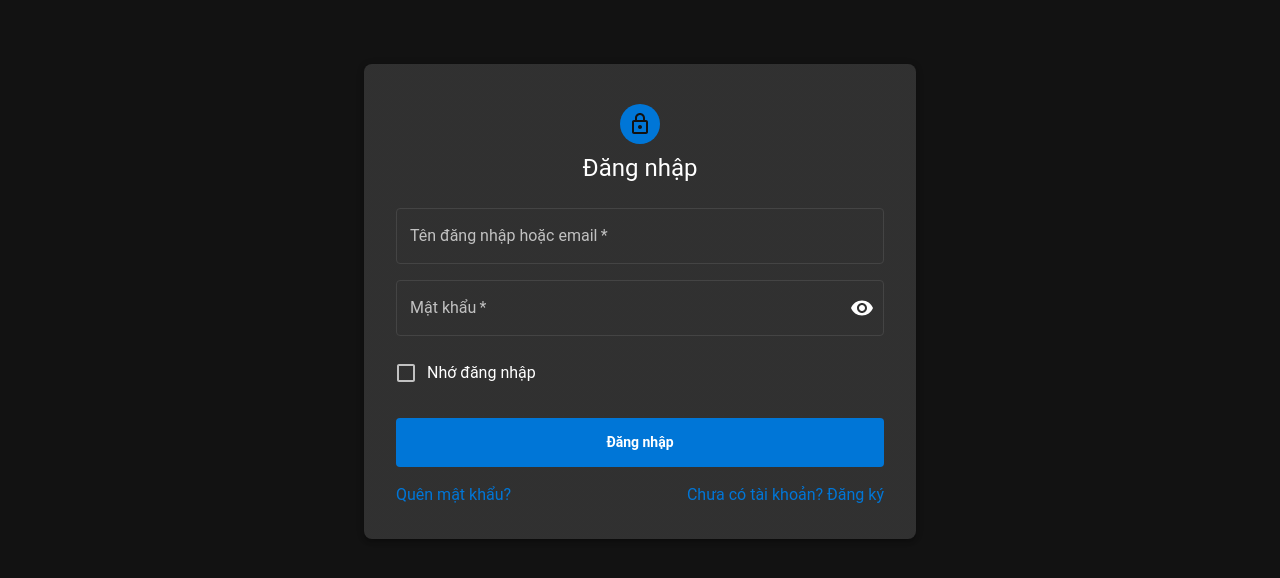
Repository: thtrunghau/ecommerce-ui-dacntt
Page: /auth/login
These files come from the project's save history. The page is drawn as it stood at one moment and after the next save; the edit follows.
The browser window is 1280 px wide. The pictures show the whole page.
The project was rebuilt for these pictures with package versions that can differ from the ones it lists, and the page was loaded fresh each time. Also part of the build but not shown: vite.config.ts, src/mockData/mockData.ts, src/utils/helpers.ts, src/components/shared/NavDropdown.tsx, src/components/shared/UserMenu.tsx, src/components/shared/Header.tsx, src/components/common/RoundedButton.tsx, src/components/features/home/HeroSection.tsx and 7 more.

Above is the page before, as saved 2025-06-13 00:25:46.

### src/index.css
@tailwind base;
@tailwind components;
@tailwind utilities;

/* Custom line clamp utilities */
.line-clamp-2 {
  display: -webkit-box;
  -webkit-line-clamp: 2;
  -webkit-box-orient: vertical;
  overflow: hidden;
}

/* Animation utilities */
@keyframes fade-in-up {
  from {
    opacity: 0;
    transform: translateY(20px);
  }
  to {
    opacity: 1;
    transform: translateY(0);
  }
}

.animate-fade-in-up {
  animation: fade-in-up 0.6s ease-out;
}

### src/App.tsx
import { BrowserRouter as Router, Routes, Route } from "react-router-dom";
import Header from "./components/shared/Header";
import Home from "./pages/Home";
import Footer from "./components/shared/Footer";
import { AuthProvider } from "./contexts/AuthContext";
import Register from "./pages/auth/Register";
import Login from "./pages/auth/Login";
import RegisterStandalone from "./pages/auth/RegisterStandalone";
import LoginStandalone from "./pages/auth/LoginStandalone";

export default function App() {
  return (
    <AuthProvider>
      <Router>
        {" "}
        <Routes>
          {" "}
          {/* Auth routes */}
          <Route path="/auth">
            <Route path="register" element={<RegisterStandalone />} />
            <Route path="login" element={<LoginStandalone />} />
          </Route>
          {/* Main layout routes with header/footer */}
          <Route
            path="/*"
            element={
              <div className="flex min-h-screen flex-col">
                <Header />
                <main className="flex-grow pt-24 lg:pt-28">
                  <Routes>
                    <Route path="/" element={<Home />} />
                    <Route path="/register" element={<Register />} />
                    <Route path="/login" element={<Login />} />
                    {/* Add other routes here as needed */}
                  </Routes>
                </main>
                <Footer />
              </div>
            }
          />
        </Routes>
      </Router>
    </AuthProvider>
  );
}

### src/contexts/AuthContext.tsx
import {
  createContext,
  useContext,
  useState,
  type ReactNode,
  useMemo,
} from "react";

interface User {
  id: string;
  username: string;
  email: string;
  phone?: string; // Thêm trường số điện thoại
  name?: string;
  avatar?: string;
}

interface AuthContextType {
  isAuthenticated: boolean;
  user: User | null;
  login: (user: User) => void;
  logout: () => void;
  register: (user: User) => void;
}

const AuthContext = createContext<AuthContextType | undefined>(undefined);

export const AuthProvider = ({ children }: { children: ReactNode }) => {
  const [user, setUser] = useState<User | null>(null);

  // Kiểm tra trạng thái xác thực từ localStorage khi khởi động
  const isAuthenticated = Boolean(user);

  const login = (userData: User) => {
    setUser(userData);
    localStorage.setItem("user", JSON.stringify(userData));
  };

  const logout = () => {
    setUser(null);
    localStorage.removeItem("user");
  };

  const register = (userData: User) => {
    // Trong thực tế, đây là nơi bạn sẽ gọi API đăng ký
    setUser(userData);
    localStorage.setItem("user", JSON.stringify(userData));
  };

  const value = useMemo(
    () => ({
      isAuthenticated,
      user,
      login,
      logout,
      register,
    }),
    [isAuthenticated, user],
  );

  return <AuthContext.Provider value={value}>{children}</AuthContext.Provider>;
};

export const useAuth = () => {
  const context = useContext(AuthContext);
  if (context === undefined) {
    throw new Error("useAuth must be used within an AuthProvider");
  }
  return context;
};

### src/pages/auth/LoginStandalone.tsx
import React, { useState } from "react";
import { Link, useNavigate } from "react-router-dom";
import {
  Container,
  Box,
  Typography,
  TextField,
  Button,
  Paper,
  Avatar,
  IconButton,
  InputAdornment,
  ThemeProvider,
  createTheme,
  CssBaseline,
  Alert,
  FormControlLabel,
  Checkbox,
} from "@mui/material";
import { Visibility, VisibilityOff, LockOutlined } from "@mui/icons-material";
import useAuthStore from "../../store/authStore";

// Sử dụng lại theme tối tương tự trang Register
const darkTheme = createTheme({
  palette: {
    mode: "dark",
    primary: { main: "#0076d7" },
    secondary: { main: "#30336b" },
    background: { default: "#121212", paper: "#1e1e1e" },
  },
  typography: {
    fontFamily: '"Samsung One", "Roboto", "Helvetica", "Arial", sans-serif',
  },
  components: {
    MuiTextField: {
      styleOverrides: {
        root: {
          "& .MuiOutlinedInput-root": {
            "& fieldset": { borderRadius: "4px", borderColor: "#444" },
            "&:hover fieldset": { borderColor: "#666" },
            "&.Mui-focused fieldset": { borderColor: "#0076d7" },
          },
        },
      },
    },
    MuiButton: {
      styleOverrides: {
        root: {
          borderRadius: "4px",
          textTransform: "none",
          fontWeight: 600,
          boxShadow: "none",
          padding: "12px 24px",
          "&:hover": { boxShadow: "none" },
        },
        contained: {
          backgroundColor: "#0076d7",
          "&:hover": { backgroundColor: "#0067be" },
        },
      },
    },
  },
});

interface LoginFormData {
  username: string;
  password: string;
  rememberMe: boolean;
}

const initialFormData: LoginFormData = {
  username: "",
  password: "",
  rememberMe: false,
};

const LoginStandalone: React.FC = () => {
  const navigate = useNavigate();
  const { login } = useAuthStore();
  const [formData, setFormData] = useState<LoginFormData>(initialFormData);
  const [showPassword, setShowPassword] = useState<boolean>(false);
  const [errors, setErrors] = useState<Partial<LoginFormData>>({});
  const [formError, setFormError] = useState<string | null>(null);

  const handleChange = (
    e: React.ChangeEvent<HTMLInputElement | HTMLTextAreaElement>,
  ) => {
    const { name, value } = e.target;
    setFormData((prev) => ({ ...prev, [name]: value }));
    if (errors[name as keyof LoginFormData]) {
      setErrors((prev) => ({ ...prev, [name]: undefined }));
    }
    if (formError) setFormError(null);
  };

  const handleCheckboxChange = (e: React.ChangeEvent<HTMLInputElement>) => {
    const { name, checked } = e.target;
    setFormData((prev) => ({ ...prev, [name]: checked }));
  };

  const validateForm = (): boolean => {
    const newErrors: Partial<LoginFormData> = {};
    let isValid = true;
    if (!formData.username.trim()) {
      newErrors.username = "Tên đăng nhập hoặc email là bắt buộc";
      isValid = false;
    }
    if (!formData.password) {
      newErrors.password = "Mật khẩu là bắt buộc";
      isValid = false;
    }
    setErrors(newErrors);
    return isValid;
  };

  const handleSubmit = (e: React.FormEvent<HTMLFormElement>) => {
    e.preventDefault();
    if (validateForm()) {
      try {
        const user = {
          id: crypto.randomUUID(),
          username: formData.username,
          email: formData.username.includes("@")
            ? formData.username
            : `${formData.username}@example.com`,
          phone: "0123456789", // Mock phone number
        };
        login(user);
        navigate("/");
      } catch (error) {
        setFormError("Tên đăng nhập hoặc mật khẩu không đúng.");
        console.error("Login error:", error);
      }
    }
  };

  return (
    <ThemeProvider theme={darkTheme}>
      <CssBaseline />
      <Container component="main" maxWidth="sm" sx={{ mb: 8, mt: 8 }}>
        <Paper
          elevation={3}
          sx={{
            p: 4,
            display: "flex",
            flexDirection: "column",
            alignItems: "center",
            bgcolor: "background.paper",
            borderRadius: 2,
          }}
        >
          <Avatar sx={{ m: 1, bgcolor: "primary.main" }}>
            <LockOutlined />
          </Avatar>
          <Typography component="h1" variant="h5" sx={{ mb: 3 }}>
            Đăng nhập
          </Typography>
          {formError && (
            <Alert severity="error" sx={{ width: "100%", mb: 2 }}>
              {formError}
            </Alert>
          )}
          <Box component="form" onSubmit={handleSubmit} sx={{ width: "100%" }}>
            <div className="flex flex-col gap-4">
              <TextField
                name="username"
                required
                fullWidth
                id="username"
                label="Tên đăng nhập hoặc email"
                value={formData.username}
                onChange={handleChange}
                error={Boolean(errors.username)}
                helperText={errors.username}
                autoComplete="username"
              />
              <TextField
                required
                fullWidth
                name="password"
                label="Mật khẩu"
                type={showPassword ? "text" : "password"}
                id="password"
                autoComplete="current-password"
                value={formData.password}
                onChange={handleChange}
                error={Boolean(errors.password)}
                helperText={errors.password}
                InputProps={{
                  endAdornment: (
                    <InputAdornment position="end">
                      <IconButton
                        aria-label="toggle password visibility"
                        onClick={() => setShowPassword(!showPassword)}
                        edge="end"
                      >
                        {showPassword ? <VisibilityOff /> : <Visibility />}
                      </IconButton>
                    </InputAdornment>
                  ),
                }}
              />
              <FormControlLabel
                control={
                  <Checkbox
                    name="rememberMe"
                    color="primary"
                    checked={formData.rememberMe}
                    onChange={handleCheckboxChange}
                  />
                }
                label="Nhớ đăng nhập"
              />
            </div>
            <Button
              type="submit"
              fullWidth
              variant="contained"
              sx={{ mt: 3, mb: 2 }}
            >
              Đăng nhập
            </Button>
            <div className="flex flex-col justify-between gap-4 sm:flex-row">
              <div>
                <Link
                  to="/forgot-password"
                  style={{ color: darkTheme.palette.primary.main }}
                >
                  Quên mật khẩu?
                </Link>
              </div>
              <div className="sm:text-right">
                <Link
                  to="/register/standalone"
                  style={{ color: darkTheme.palette.primary.main }}
                >
                  Chưa có tài khoản? Đăng ký
                </Link>
              </div>
            </div>
          </Box>
        </Paper>
      </Container>
    </ThemeProvider>
  );
};

export default LoginStandalone;

### src/store/authStore.ts
import { create } from "zustand";

interface User {
  id: string;
  username: string;
  email: string;
  phone?: string; // Thêm trường số điện thoại
  name?: string;
  avatar?: string;
}

interface AuthState {
  isAuthenticated: boolean;
  user: User | null;
  login: (user: User) => void;
  logout: () => void;
  register: (user: User) => void;
}

// Tạo Auth Store với Zustand
const useAuthStore = create<AuthState>((set) => {
  // Kiểm tra user từ localStorage
  const savedUser = localStorage.getItem("user");
  const parsedUser = savedUser ? JSON.parse(savedUser) : null;

  return {
    isAuthenticated: Boolean(parsedUser),
    user: parsedUser,

    login: (user) => {
      localStorage.setItem("user", JSON.stringify(user));
      set({ isAuthenticated: true, user });
    },

    logout: () => {
      localStorage.removeItem("user");
      set({ isAuthenticated: false, user: null });
    },

    register: (user) => {
      localStorage.setItem("user", JSON.stringify(user));
      set({ isAuthenticated: true, user });
    },
  };
});

export default useAuthStore;

### tailwind.config.js
/** @type {import('tailwindcss').Config} */
export default {
  content: ["./index.html", "./src/**/*.{js,ts,jsx,tsx}"],
  theme: {
    extend: {},
  },
  plugins: [],
  corePlugins: {
    lineClamp: true,
  },
};

Loaded but not shown: index.html (common file); src/main.tsx (common file)

After the next save:
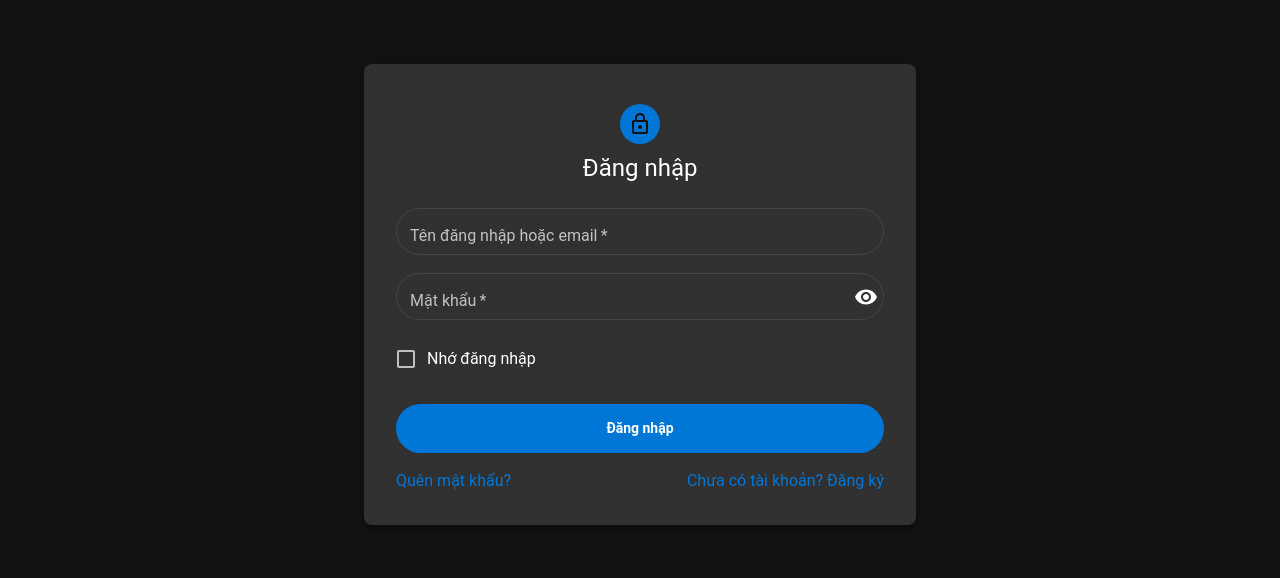
Saved 103 s later.
--- a/src/pages/auth/LoginStandalone.tsx
+++ b/src/pages/auth/LoginStandalone.tsx
@@ -30,15 +30,25 @@ const darkTheme = createTheme({
   },
   typography: {
     fontFamily: '"Samsung One", "Roboto", "Helvetica", "Arial", sans-serif',
-  },
-  components: {
+  },  components: {
     MuiTextField: {
       styleOverrides: {
         root: {
+          marginBottom: 2,
           "& .MuiOutlinedInput-root": {
-            "& fieldset": { borderRadius: "4px", borderColor: "#444" },
+            "& fieldset": {
+              borderColor: "#444",
+              borderRadius: "9999px",
+            },
             "&:hover fieldset": { borderColor: "#666" },
             "&.Mui-focused fieldset": { borderColor: "#0076d7" },
+          },
+          "& .MuiInputBase-input": {
+            padding: "12px 14px",
+          },
+          "& .MuiInputAdornment-root": {
+            marginLeft: "12px",
+            marginRight: "-4px",
           },
         },
       },
@@ -46,16 +56,24 @@ const darkTheme = createTheme({
     MuiButton: {
       styleOverrides: {
         root: {
-          borderRadius: "4px",
           textTransform: "none",
           fontWeight: 600,
           boxShadow: "none",
           padding: "12px 24px",
+          borderRadius: "9999px",
           "&:hover": { boxShadow: "none" },
         },
         contained: {
           backgroundColor: "#0076d7",
           "&:hover": { backgroundColor: "#0067be" },
+        },
+        outlined: {
+          borderColor: "rgba(255, 255, 255, 0.12)",
+          color: "#fff",
+          "&:hover": {
+            borderColor: "rgba(255, 255, 255, 0.24)",
+            backgroundColor: "rgba(255, 255, 255, 0.04)",
+          },
         },
       },
     },
